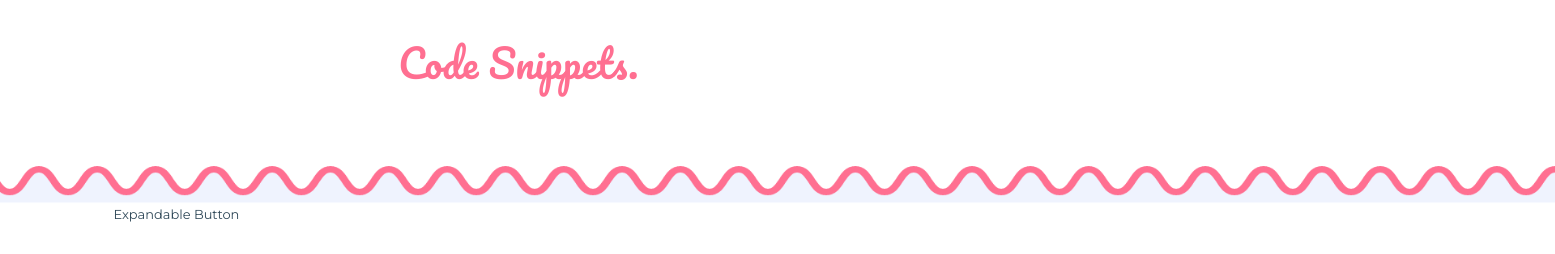
Repository: vikatgen/code-snippets
Page: index.html
These files come from the project's save history. The page is drawn as it stood at one moment and after the next save; the edit follows.
The browser window is 1280 px wide. The page is 1920 px wide, then 1280 px, so the pictures cover 1920 px, including what lies to the right of the window. The pictures show the whole page, at 81% of full size.
The style sheet was rebuilt from its Sass, Less or Tailwind sources for each picture, by a compiler version that may differ from the author's.

Above is the page before, as saved 2020-03-30 23:35:44.

### index.html
<!DOCTYPE html>
<html lang="en">
  <head>
    <meta charset="UTF-8" />
    <meta name="viewport" content="width=device-width, initial-scale=1.0" />
    <link rel="stylesheet" href="/css/normalize.css" />
    <link rel="stylesheet" href="/css/mainpage-styles.css" />
    <title>Code Snippets</title>
  </head>
  <body>
    <section id="heading-section">
      <div class="container">
        <div class="header-wrapper">
          <span>Code Snippets.</span>
        </div>
      </div>
    </section>
    <section id="page-break">
      <img src="/assets/page-snip.png" alt="" />
    </section>
    <section class="links-section">
      <div class="container">
        <a href="/expandable-button/expandable-button.html"
          >Expandable Button</a
        >
      </div>
    </section>
  </body>
</html>

### css/mainpage-styles.scss
@import url("https://fonts.googleapis.com/css?family=Montserrat:400,600,700|Pacifico&display=swap");

$heading: "Pacifico", cursive;
$ff-normal: "Montserrat", sans-serif;
$text-color: #2f4858;
$heading-color: #ff6f91;

.container {
  width: 90%;
  max-width: 1000px;
  margin: auto;
}

a {
  text-decoration: none;
  font-family: $ff-normal;
  color: $text-color;
  font-family: 600;
}

.header-wrapper {
  width: 100%;
  text-align: center;
  margin-top: 50px;
  margin-bottom: 100px;
  span {
    font-family: $heading;
    font-size: 3rem;
    color: $heading-color;
  }
}

#page-break {
  width: 100vw;
  height: auto;
}

Loaded but not shown: css/normalize.css (library)

After the next save:
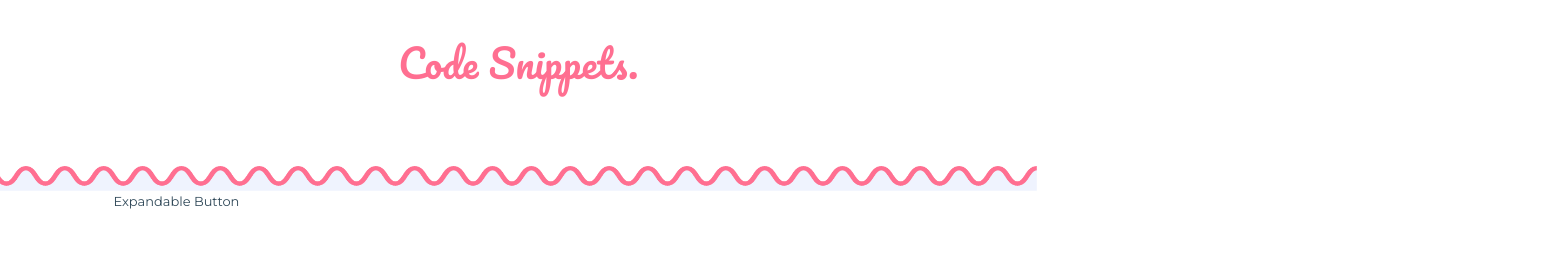
Saved 14 s later.
--- a/css/mainpage-styles.scss
+++ b/css/mainpage-styles.scss
@@ -33,4 +33,7 @@ a {
 #page-break {
   width: 100vw;
   height: auto;
+  img {
+    width: 100%;
+  }
 }
